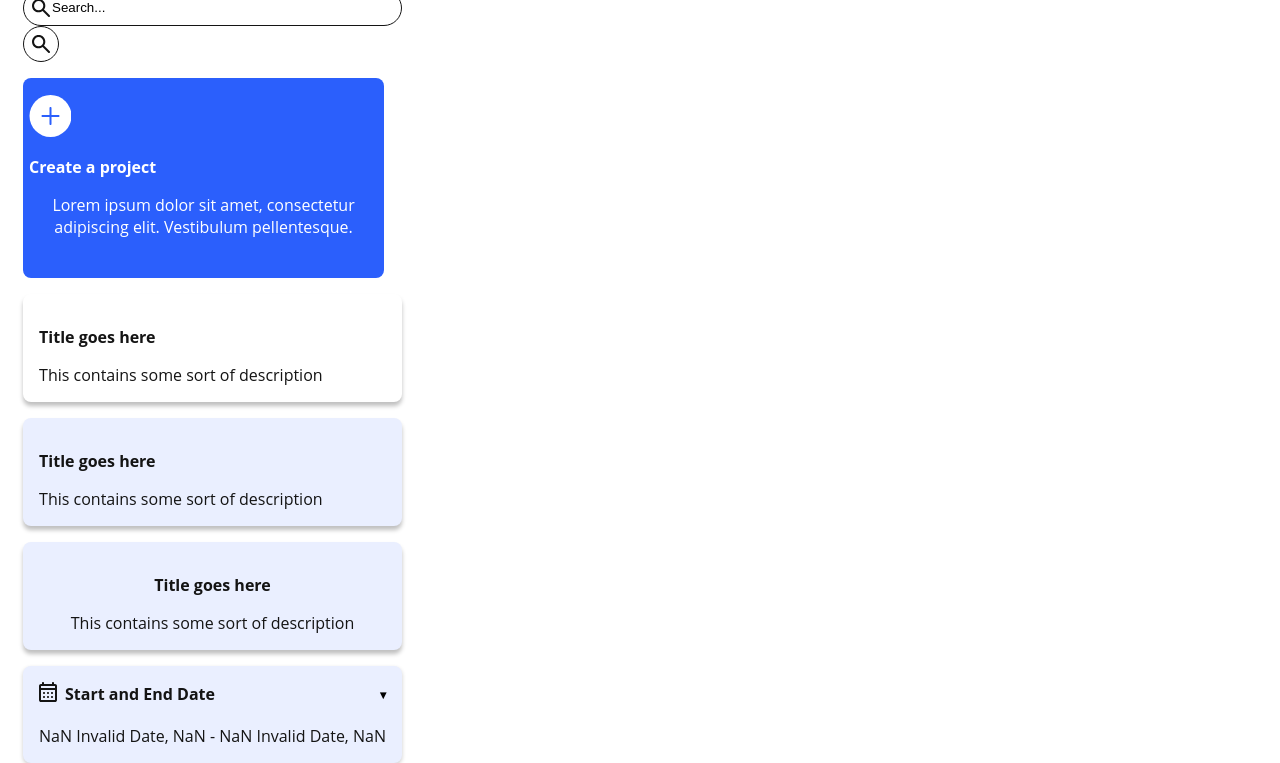
Repository: brunaguarizo/mosaic_app
Page: /
The author's editor kept a copy of each file at every save. The page is drawn from the files as they stood at one save, then again after the next save.
The browser window is 1280 px wide. The pictures show the whole page.
The project was rebuilt for these pictures with package versions that can differ from the ones it lists, and the page was loaded fresh each time. The framework's server and built-in components were replaced by stand-ins that run in the browser. Also part of the build but not shown: next.config.mjs, app/_ui/navbar/navbar.js, app/_ui/Button/Button.js, app/_ui/Tag/Tag.js, app/_ui/Project_card/Project_card.js, app/_ui/Date_PopUp/Date_PopUp.module.css, app/_ui/Date_PopUp/Date_PopUp.js.

Above is the page before, as saved 2025-04-18 19:04:18.

### app/globals.css
/* ------------------------------------------------------ GENERAL STYLES ------------------------------------------------------ */
*,
*::before,
*::after {
    box-sizing: inherit;
}

html,
body {
    padding: 0;
    margin: 0;
    font-family: var(--font-family);
    box-sizing: border-box;
}

html {
    display: flex;
    justify-content: center;
    align-items: center;
    width: 393px;
    height: 100%;
    margin: var(--space-regular);
}

.container {
}

.two-column {
    display: grid;
    grid-template-columns: 1fr 1fr;
    gap: var(--space-large);
}

/* ------------------------------------------------------ VARIABLES ------------------------------------------------------ */
:root {
    /* ----- COLORS ----- */
    --blue-primary: rgb(43, 95, 252);
    --blue-50: rgb(234, 239, 255);
    --blue-900: rgb(18, 40, 106);
    --white: #ffffff;
    --black: rgb(20, 20, 20);
    --grey-400: rgb(67, 67, 67);
    --yellow-secondary: rgb(255, 218, 1);
    --orange-secondary: rgb(255, 94, 9);
    --green-secondary: rgb(0, 193, 79);
    --purple-secondary: rgb(154, 65, 255);

    /* ----- TYPE ----- */
    --font-family: "Open Sans", sans-serif;

    --header-xxlarge-size: 88px;
    --title-section-font-size: 30px;
    --button-font-size: 24px;
    --body-text-font-size: 20px;
    --menu-font-size: 16px;
    --label-font-size: 12px;

    --font-style-normal: normal;
    --font-weight-bold: bold;

    --line-height-xxlarge: 100px;
    --line-height-large: 36px;
    --line-height-medium: 28px;
    --line-height-small: 20px;

    /* ----- SPACING ----- */
    --space-small: 8px;
    --space-regular: 16px;
    --space-medium: 32px;
    --space-large: 48px;
    --space-extra-large: 140px;
}

### app/page.module.css
/* NEW PAGE STYLES */
.container {
    margin-top:200px:
}
/* ------------------------ */

.page {
    --gray-rgb: 0, 0, 0;
    --gray-alpha-200: rgba(var(--gray-rgb), 0.08);
    --gray-alpha-100: rgba(var(--gray-rgb), 0.05);

    --button-primary-hover: #383838;
    --button-secondary-hover: #f2f2f2;

    display: grid;
    grid-template-rows: 20px 1fr 20px;
    align-items: center;
    justify-items: center;
    min-height: 100svh;
    padding: 80px;
    gap: 64px;
    font-family: var(--font-geist-sans);
}

@media (prefers-color-scheme: dark) {
    .page {
        --gray-rgb: 255, 255, 255;
        --gray-alpha-200: rgba(var(--gray-rgb), 0.145);
        --gray-alpha-100: rgba(var(--gray-rgb), 0.06);

        --button-primary-hover: #ccc;
        --button-secondary-hover: #1a1a1a;
    }
}

.main {
    display: flex;
    flex-direction: column;
    gap: 32px;
    grid-row-start: 2;
}

.main ol {
    font-family: var(--font-geist-mono);
    padding-left: 0;
    margin: 0;
    font-size: 14px;
    line-height: 24px;
    letter-spacing: -0.01em;
    list-style-position: inside;
}

.main li:not(:last-of-type) {
    margin-bottom: 8px;
}

.main code {
    font-family: inherit;
    background: var(--gray-alpha-100);
    padding: 2px 4px;
    border-radius: 4px;
    font-weight: 600;
}

.ctas {
    display: flex;
    gap: 16px;
}

.ctas a {
    appearance: none;
    border-radius: 128px;
    height: 48px;
    padding: 0 20px;
    border: none;
    border: 1px solid transparent;
    transition: background 0.2s, color 0.2s, border-color 0.2s;
    cursor: pointer;
    display: flex;
    align-items: center;
    justify-content: center;
    font-size: 16px;
    line-height: 20px;
    font-weight: 500;
}

a.primary {
    background: var(--foreground);
    color: var(--background);
    gap: 8px;
}

a.secondary {
    border-color: var(--gray-alpha-200);
    min-width: 158px;
}

.footer {
    grid-row-start: 3;
    display: flex;
    gap: 24px;
}

.footer a {
    display: flex;
    align-items: center;
    gap: 8px;
}

.footer img {
    flex-shrink: 0;
}

/* Enable hover only on non-touch devices */
@media (hover: hover) and (pointer: fine) {
    a.primary:hover {
        background: var(--button-primary-hover);
        border-color: transparent;
    }

    a.secondary:hover {
        background: var(--button-secondary-hover);
        border-color: transparent;
    }

    .footer a:hover {
        text-decoration: underline;
        text-underline-offset: 4px;
    }
}

@media (max-width: 600px) {
    .page {
        padding: 32px;
        padding-bottom: 80px;
    }

    .main {
        align-items: center;
    }

    .main ol {
        text-align: center;
    }

    .ctas {
        flex-direction: column;
    }

    .ctas a {
        font-size: 14px;
        height: 40px;
        padding: 0 16px;
    }

    a.secondary {
        min-width: auto;
    }

    .footer {
        flex-wrap: wrap;
        align-items: center;
        justify-content: center;
    }
}

@media (prefers-color-scheme: dark) {
    .logo {
        filter: invert();
    }
}

### app/_ui/navbar/navbar.module.css

.nav {
    width: 393px;
    height: 72px;
    justify-content: center;
    align-items: center;
    display: flex;
    flex-direction: row;
    padding: 0;
    margin: 0;
    gap: var(--space-large);
    border-top: 1px solid var(--grey-50);
}

.navbar__item {
    display: flex;
    flex-direction: column;
    justify-content: center;
    align-items: center;
    gap: 4px;
    text-decoration: none;
    width: 60px;
    height: 44px;
    padding-left: 32px;
    padding-right: 32px;
    margin: 0;
}

.navbar__icon {
    max-width: 16px;
    padding: 0;
    margin: 0;
    fill: var(--black);
}

.navbar__text {
    color: var(--black);
    font-size: var(--label-font-size);
    font-weight: var(--font-weight-400);
    line-height: var(--line-height-small);
    text-decoration: none;
    padding: 0;
    margin: 0;
}

.navbar__item:hover .navbar__text,
.navbar__item:hover .navbar__icon,
.navbar__item:active .navbar__text,
.navbar__item:active .navbar__icon {
  color: var(--blue-primary);
  fill: var(--blue-primary);
}

/* ------------------------------------------------------ VARIABLES ------------------------------------------------------ */
:root {
    /* ----- COLORS ----- */
    --blue-primary: rgb(43,95,252);
    --blue-50: rgb(234, 239, 255);
    --blue-900: rgb(18, 40, 106);
    --white: #FFFFFF;
    --grey-50: #E8E8E8;
    --black: rgb(20, 20, 20);
    --grey-400: rgb(67, 67, 67);
    --yellow-secondary: rgb(255, 218, 1);
    --orange-secondary: rgb(255, 94, 9);
    --green-secondary: rgb(0, 193, 79);
    --purple-secondary: rgb(154, 65, 255);

    /* ----- TYPE ----- */
    --font-family: "Open Sans", sans-serif;

    --header-xxlarge-size: 88px;
    --title-section-font-size: 30px;
    --button-font-size: 24px;
    --body-text-font-size: 20px;
    --menu-font-size: 16px;
    --label-font-size: 12px;

    --font-style-normal: normal;
    --font-weight-bold: bold;

    --line-height-xxlarge: 100px;
    --line-height-large: 36px;
    --line-height-medium: 28px;
    --line-height-small: 20px;

    /* ----- SPACING ----- */
    --space-small: 8px;
    --space-regular: 16px;
    --space-medium: 32px;
    --space-large: 48px;
    --space-extra-large: 88px;
  }

### app/_ui/Project_card/Project_card.module.css
.card__container {
    display: flex;
    flex-direction: column;
    justify-content: center;
    align-items: center;
    background-color: var(--blue-50);
    border-radius: var(--space-small);
    padding: var(--space-regular);
    gap: var(--space-regular);
}

.card__menu {
    width: 100%;
    display: flex;
    justify-content: flex-end;
    padding: 0;
    margin: 0;
}

.card__icon {
    fill: var(--blue-primary);
    padding: 0;
    margin: 0;

    &:hover {
        fill: var(--blue-900);
    }
}

.card__title {
    font-family: var(--font-family);
    font-size: var(--font-size-regular);
    font-weight: var(--font-weight-bold);
    color: var(--black);
    padding: 0;
    margin: 0;
}

.card__text {
    font-family: var(--font-family);
    font-size: var(--font-size-small);
    font-weight: var(--font-weight-regular);
    color: var(--black);
    text-align: center;
    padding: 0;
    margin: 0;
    max-width: 220px;
}

.date {
    display: flex;
    align-items: center;
    gap: var(--space-small);
    padding: 0;
    margin: 0;
}

.date__icon {
    fill: var(--black);
    padding: 0;
    margin: 0;
}

/* ------------------------------------------------------ VARIABLES ------------------------------------------------------ */
:root {
    /* ----- COLORS ----- */
    --blue-primary: rgb(43, 95, 252);
    --blue-50: rgb(234, 239, 255);
    --blue-100: #bdcdfe;
    --blue-900: rgb(18, 40, 106);
    --white: #ffffff;
    --black: rgb(20, 20, 20);
    --grey-400: rgb(67, 67, 67);
    --yellow-secondary: rgb(255, 218, 1);
    --orange-secondary: rgb(255, 94, 9);
    --green-secondary: rgb(0, 193, 79);
    --purple-secondary: rgb(154, 65, 255);

    /* ----- TYPE ----- */
    --font-family: "Open Sans", sans-serif;

    --font-size-extra-large: 30px;
    --font-size-large: 24px;
    --font-size-medium: 20px;
    --font-size-regular: 16px;
    --font-size-small: 12px;

    --font-style-normal: normal;
    --font-weight-bold: bold;

    --line-height-xxlarge: 100px;
    --line-height-large: 36px;
    --line-height-medium: 28px;
    --line-height-small: 20px;

    /* ----- SPACING ----- */
    --space-small: 8px;
    --space-regular: 16px;
    --space-medium: 32px;
    --space-large: 48px;
    --space-extra-large: 140px;
}

### app/_ui/Button/Button.module.css
.button {
    font-family: var(--font-family);
    font-size: var(--font-size-regular);
    font-weight: var(--font-weight-bold);
    width: 100%;
    padding-top: var(--space-small);
    padding-left: var(--space-regular);
    padding-right: var(--space-regular);
    padding-bottom: var(--space-small);
    border-radius: 100px;
    align-items: center;
    border: none;

    &:hover {
        background-color: var(--blue-900);
        color: var(--white);
    }
}

.primary {
    background: var(--blue-primary);
    color: var(--white);
}

.secondary {
    background-color: var(--white);
    border: 1px solid var(--blue-primary);
    color: var(--blue-primary);
}

.disabled {
    pointer-events: none;
    color: var(--white);
    background-color: var(--blue-100);
}

.small {
    font-size: var(--font-size-small);
    padding: var(--space-small);
    align-items: center;
}

.large {
    font-size: var(--font-size-large);
    padding: var(--space-regular);
}

.error {
    background-color: var(--orange-secondary);
}

/* ------------------------------------------------------ VARIABLES ------------------------------------------------------ */
:root {
    /* ----- COLORS ----- */
    --blue-primary: rgb(43, 95, 252);
    --blue-50: rgb(234, 239, 255);
    --blue-100: #bdcdfe;
    --blue-900: rgb(18, 40, 106);
    --white: #ffffff;
    --black: rgb(20, 20, 20);
    --grey-400: rgb(67, 67, 67);
    --yellow-secondary: rgb(255, 218, 1);
    --orange-secondary: rgb(255, 94, 9);
    --green-secondary: rgb(0, 193, 79);
    --purple-secondary: rgb(154, 65, 255);

    /* ----- TYPE ----- */
    --font-family: "Open Sans", sans-serif;

    --font-size-extra-large: 30px;
    --font-size-large: 24px;
    --font-size-medium: 20px;
    --font-size-regular: 16px;
    --font-size-small: 12px;

    --font-style-normal: normal;
    --font-weight-bold: bold;

    --line-height-xxlarge: 100px;
    --line-height-large: 36px;
    --line-height-medium: 28px;
    --line-height-small: 20px;

    /* ----- SPACING ----- */
    --space-small: 8px;
    --space-regular: 16px;
    --space-medium: 32px;
    --space-large: 48px;
    --space-extra-large: 140px;
}

### app/_ui/Date_Card/Date_Card.module.css
.card {
    background-color: var(--blue-50);
    border-radius: var(--space-small);
    padding: var(--space-regular);
    gap: var(--space-regular);
    box-shadow: 0 2px 4px rgba(0, 0, 0, 0.2);
    font-family: var(--font-family);
    cursor: pointer;
    display: flex;
    flex-direction: column;
    width: fit-content;
}

.header {
    display: flex;
    align-items: center;
    gap: var(--space-small);
    font-size: var(--font-size-regular);
    font-weight: var(--font-weight-bold);
    color: var(--black);
}

.label {
    flex-grow: 1;
}

.arrow {
    font-size: var(--font-size-small);
    color: black;
}

.arrow:hover {
    font-size: var(--font-size-small);
    color: var(--blue-primary);
}

.dateRange {
    margin-top: 2px;
    font-size: var(--font-size-regular);
    color: var(--black);
}

/* ------------------------------------------------------ VARIABLES ------------------------------------------------------ */
:root {
    /* ----- COLORS ----- */
    --blue-primary: rgb(43, 95, 252);
    --blue-50: rgb(234, 239, 255);
    --blue-100: #bdcdfe;
    --blue-900: rgb(18, 40, 106);
    --white: #ffffff;
    --black: rgb(20, 20, 20);
    --grey-400: rgb(67, 67, 67);
    --yellow-secondary: rgb(255, 218, 1);
    --orange-secondary: rgb(255, 94, 9);
    --green-secondary: rgb(0, 193, 79);
    --purple-secondary: rgb(154, 65, 255);

    /* ----- TYPE ----- */
    --font-family: "Open Sans", sans-serif;

    --font-size-extra-large: 30px;
    --font-size-large: 24px;
    --font-size-medium: 20px;
    --font-size-regular: 16px;
    --font-size-small: 12px;

    --font-style-normal: normal;
    --font-weight-bold: bold;

    --line-height-xxlarge: 100px;
    --line-height-large: 36px;
    --line-height-medium: 28px;
    --line-height-small: 20px;

    /* ----- SPACING ----- */
    --space-small: 8px;
    --space-regular: 16px;
    --space-medium: 32px;
    --space-large: 48px;
    --space-extra-large: 140px;
}

### app/_ui/Create_Project_Button/Create_Project_Button.module.css
.button_background {
    background-color: var(--blue-primary);
    border-radius: var(--space-small);
    border: none;
    width: 361px;
    height: 200px;
    display: flex;
    flex-direction: column;
    margin-top: var(--space-regular);
}

.button_icon {
    width: 42px;
    height: 42px;
    align-self: center;
    box-sizing: content-box;
    margin-top: var(--space-regular);
}

.button_heading {
    text-align: center;
    font-family: "Open Sans", sans-serif;
    font-size: var(--menu-font-size);
    font-weight: var(--font-weight-bold);
    color: white;
    padding: 0px;
    border: 0px;
    margin-top: var(--space-regular);
    margin-bottom: 0px;
}

.button_description {
    font-family: "Open Sans", sans-serif;
    font-size: var(--menu-font-size);
    font-style: var(--font-weight-normal);
    color: white;
    border: 0px;
    padding: 0px;
    margin-top: var(--space-regular);
    margin-bottom: 0px;
}
/* ------------------------------------------------------ VARIABLES ------------------------------------------------------ */
:root {
    /* ----- COLORS ----- */
    --blue-primary: rgb(43, 95, 252);
    --blue-50: rgb(234, 239, 255);
    --blue-900: rgb(18, 40, 106);
    --white: #ffffff;
    --grey-50: #e8e8e8;
    --black: rgb(20, 20, 20);
    --grey-400: rgb(67, 67, 67);
    --yellow-secondary: rgb(255, 218, 1);
    --orange-secondary: rgb(255, 94, 9);
    --green-secondary: rgb(0, 193, 79);
    --purple-secondary: rgb(154, 65, 255);

    /* ----- TYPE ----- */
    --font-family: "Open Sans", sans-serif;

    --header-xxlarge-size: 88px;
    --title-section-font-size: 30px;
    --button-font-size: 24px;
    --body-text-font-size: 20px;
    --menu-font-size: 16px;
    --label-font-size: 12px;

    --font-style-normal: normal;
    --font-weight-bold: bold;

    --line-height-xxlarge: 100px;
    --line-height-large: 36px;
    --line-height-medium: 28px;
    --line-height-small: 20px;

    /* ----- SPACING ----- */
    --space-small: 8px;
    --space-regular: 16px;
    --space-medium: 32px;
    --space-large: 48px;
    --space-extra-large: 140px;
}

### app/_ui/Description_Box/Description_Box.module.css
.project_primary {
    display: flex;
    flex-direction: column;
    border-radius: var(--space-small);
    text-align: left;
    padding: var(--space-regular);
    text-align: left;
    margin-top: var(--space-regular);
    margin-bottom: var(--space-regular);
    box-shadow: 0px 4px 4px rgba(0, 0, 0, 0.25);
}
.project_secondary {
    display: flex;
    flex-direction: column;
    border-radius: var(--space-small);
    text-align: left;
    padding: var(--space-regular);
    text-align: left;
    margin-top: var(--space-regular);
    background-color: var(--blue-50);
    box-shadow: 0px 4px 4px rgba(0, 0, 0, 0.25);
}
.description_heading {
    text-align: left;
    font-family: "Open Sans", sans-serif;
    font-size: var(--menu-font-size);
    font-weight: var(--font-weight-bold);
    color: var(--black);
    padding: 0px;
    border: 0px;
    box-sizing: content-box;
    margin-top: var(--space-regular);
    margin-bottom: 0px;
}
.description_body {
    font-family: "Open Sans", sans-serif;
    font-size: var(--menu-font-size);
    font-style: var(--font-weight-normal);
    color: var(--black);
    margin-top: var(--space-regular);
    margin-bottom: 0px;
}

.conditions {
    display: flex;
    flex-direction: column;
    border-radius: var(--space-small);
    align-items: center;
    padding: var(--space-regular);
    text-align: center;
    background-color: var(--blue-50);
    margin-top: var(--space-regular);
}

/* ------------------------------------------------------ VARIABLES ------------------------------------------------------ */
:root {
    /* ----- COLORS ----- */
    --blue-primary: rgb(43, 95, 252);
    --blue-50: rgb(234, 239, 255);
    --blue-900: rgb(18, 40, 106);
    --white: #ffffff;
    --grey-50: #e8e8e8;
    --black: rgb(20, 20, 20);
    --grey-400: rgb(67, 67, 67);
    --yellow-secondary: rgb(255, 218, 1);
    --orange-secondary: rgb(255, 94, 9);
    --green-secondary: rgb(0, 193, 79);
    --purple-secondary: rgb(154, 65, 255);

    /* ----- TYPE ----- */
    --font-family: "Open Sans", sans-serif;

    --header-xxlarge-size: 88px;
    --title-section-font-size: 30px;
    --button-font-size: 24px;
    --body-text-font-size: 20px;
    --menu-font-size: 16px;
    --label-font-size: 12px;

    --font-style-normal: normal;
    --font-weight-bold: bold;

    --line-height-xxlarge: 100px;
    --line-height-large: 36px;
    --line-height-medium: 28px;
    --line-height-small: 20px;

    /* ----- SPACING ----- */
    --space-small: 8px;
    --space-regular: 16px;
    --space-medium: 32px;
    --space-large: 48px;
    --space-extra-large: 140px;
}

### app/_ui/Search_Bar/Search_Bar.module.css
.primary {
    border: 1px solid var(--black);
    padding: 8px;
    box-sizing: content-box;
    display: flex;
    flex-direction: row;
    border-radius: 100px;
}

.secondary {
    border: 1px solid var(--black);
    border-radius: 100px;
    width: 18px;
}

.visible {
    border: none;
}
.invisible {
    display: none;
}

.search_item {
    border: none;
}

.search_item:focus {
    outline: none;
    box-shadow: none;
}

/* ------------------------------------------------------ VARIABLES ------------------------------------------------------ */
:root {
    /* ----- COLORS ----- */
    --blue-primary: rgb(43, 95, 252);
    --blue-50: rgb(234, 239, 255);
    --blue-900: rgb(18, 40, 106);
    --white: #ffffff;
    --grey-50: #e8e8e8;
    --black: rgb(20, 20, 20);
    --grey-400: rgb(67, 67, 67);
    --yellow-secondary: rgb(255, 218, 1);
    --orange-secondary: rgb(255, 94, 9);
    --green-secondary: rgb(0, 193, 79);
    --purple-secondary: rgb(154, 65, 255);

    /* ----- TYPE ----- */
    --font-family: "Open Sans", sans-serif;

    --header-xxlarge-size: 88px;
    --title-section-font-size: 30px;
    --button-font-size: 24px;
    --body-text-font-size: 20px;
    --menu-font-size: 16px;
    --label-font-size: 12px;

    --font-style-normal: normal;
    --font-weight-bold: bold;

    --line-height-xxlarge: 100px;
    --line-height-large: 36px;
    --line-height-medium: 28px;
    --line-height-small: 20px;

    /* ----- SPACING ----- */
    --space-small: 8px;
    --space-regular: 16px;
    --space-medium: 32px;
    --space-large: 48px;
    --space-extra-large: 140px;
}

### app/_ui/Heading_Bar/Heading_Bar.module.css
.contentInner {
    display: flex;
    flex-direction: column;
    gap: 16px;
}

.row {
    display: flex;
    align-items: center;
}

.heading {
    flex-grow: 1;
    text-align: center;
    font-weight: 500;
    font-size: var(--button-font-size);
}

.icon {
    color: var(--blue-50);
    display: flex;
    align-items: center;
    justify-content: center;
}
.visible {
    display: flex;
}

.hidden {
    display: none;
}

.iconButton {
    background: none;
    border: none;
    cursor: pointer;
    color: var(--blue-50);
    display: flex;
    align-items: center;
    justify-content: center;
    padding: 4px;
}

.iconButton:hover {
    background-color: var(--blue-50);
    border-radius: 50%;
}

.pagination {
    flex-grow: 1;
    text-align: right;
    color: var(--black);
    font-size: 14px;
    padding-right: 8px;
}
/* ------------------------------------------------------ VARIABLES ------------------------------------------------------ */
:root {
    /* ----- COLORS ----- */
    --blue-primary: rgb(43, 95, 252);
    --blue-50: rgb(234, 239, 255);
    --blue-900: rgb(18, 40, 106);
    --white: #ffffff;
    --grey-50: #e8e8e8;
    --black: rgb(20, 20, 20);
    --grey-400: rgb(67, 67, 67);
    --yellow-secondary: rgb(255, 218, 1);
    --orange-secondary: rgb(255, 94, 9);
    --green-secondary: rgb(0, 193, 79);
    --purple-secondary: rgb(154, 65, 255);

    /* ----- TYPE ----- */
    --font-family: "Open Sans", sans-serif;

    --header-xxlarge-size: 88px;
    --title-section-font-size: 30px;
    --button-font-size: 24px;
    --body-text-font-size: 20px;
    --menu-font-size: 16px;
    --label-font-size: 12px;

    --font-style-normal: normal;
    --font-weight-bold: bold;

    --line-height-xxlarge: 100px;
    --line-height-large: 36px;
    --line-height-medium: 28px;
    --line-height-small: 20px;

    /* ----- SPACING ----- */
    --space-small: 8px;
    --space-regular: 16px;
    --space-medium: 32px;
    --space-large: 48px;
    --space-extra-large: 140px;
}

### app/_ui/Tag/Tag.module.css
.tag {
    font-family: var(--font-family);
    font-size: var(--font-size-small);
    font-weight: var(--font-weight-regular);
    width: 80px;
    padding: var(--space-extra-small);
    border-radius: 100px;
    border: none;
    background-color: var(--orange-secondary);

    display: flex;
    justify-content: center;
    align-items: center;
    text-align: center;
}

/* ------------------------------------------------------ VARIABLES ------------------------------------------------------ */
:root {
    /* ----- COLORS ----- */
    --blue-primary: rgb(43, 95, 252);
    --blue-50: rgb(234, 239, 255);
    --blue-100: #bdcdfe;
    --blue-900: rgb(18, 40, 106);
    --white: #ffffff;
    --black: rgb(20, 20, 20);
    --grey-400: rgb(67, 67, 67);
    --yellow-secondary: rgb(255, 218, 1);
    --orange-secondary: rgb(255, 94, 9);
    --green-secondary: rgb(0, 193, 79);
    --purple-secondary: rgb(154, 65, 255);

    /* ----- TYPE ----- */
    --font-family: "Open Sans", sans-serif;

    --font-size-extra-large: 30px;
    --font-size-large: 24px;
    --font-size-medium: 20px;
    --font-size-regular: 16px;
    --font-size-small: 12px;

    --font-style-normal: normal;
    --font-weight-bold: bold;

    --line-height-xxlarge: 100px;
    --line-height-large: 36px;
    --line-height-medium: 28px;
    --line-height-small: 20px;

    /* ----- SPACING ----- */
    --space-extra-small: 4px;
    --space-small: 8px;
    --space-regular: 16px;
    --space-medium: 32px;
    --space-large: 48px;
    --space-extra-large: 140px;
}

Loaded but not shown: app/layout.js (common file); app/_ui/Heading_Bar/Heading_Bar.js (110 lines, source omitted); app/_ui/Date_Card/Date_Card.js (50 lines, source omitted); app/_ui/Search_Bar/Search_Bar.js (36 lines, source omitted); app/_ui/Create_Project_Button/Create_Project_Button.js (38 lines, source omitted); app/page.js (41 lines, source omitted); app/_ui/Description_Box/Description_Box.js (18 lines, source omitted)

After the next save:
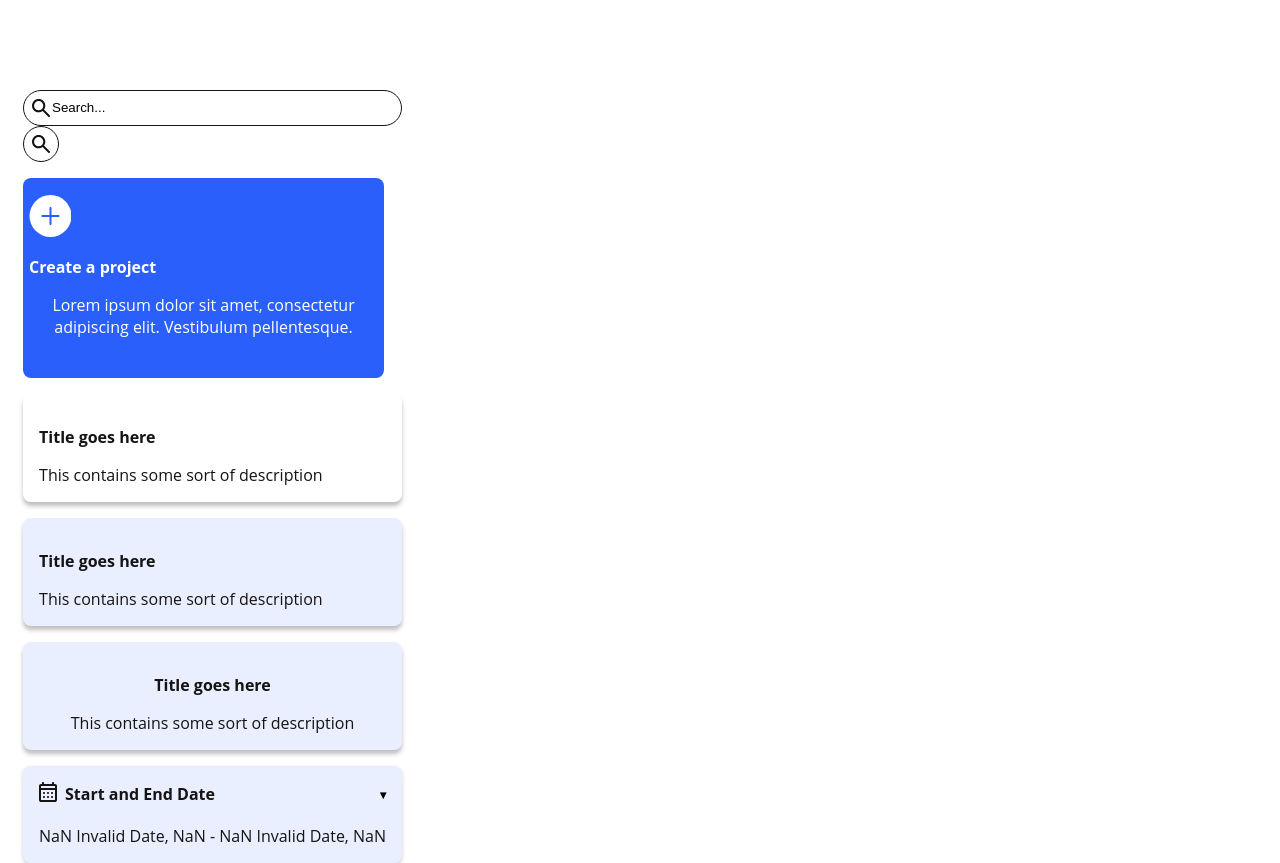
Saved 7 s later.
--- a/app/page.module.css
+++ b/app/page.module.css
@@ -1,6 +1,6 @@
 /* NEW PAGE STYLES */
 .container {
-    margin-top:200px:
+    margin-top: 200px;
 }
 /* ------------------------ */
 
